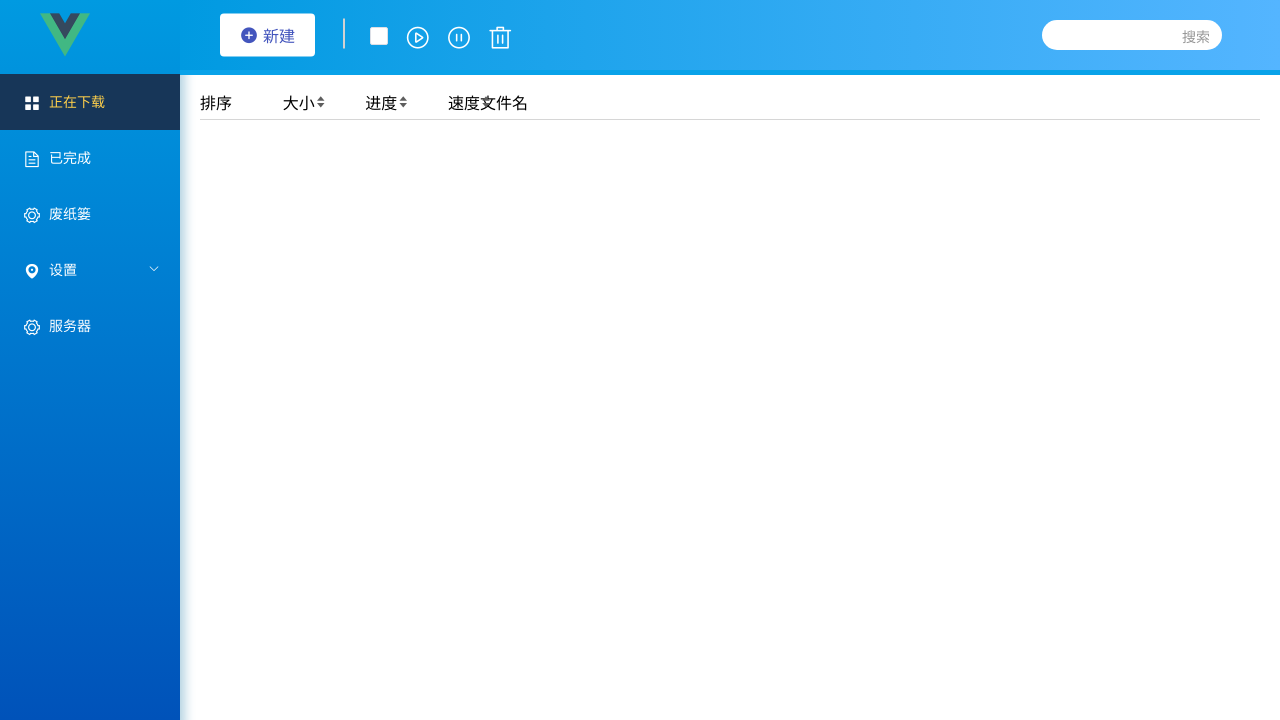
Repository: Ahui-qn/Aria2
Page: /
These files come from the project's save history. The page is drawn as it stood at one moment and after a run of saves; the edit follows.
The browser window is 1280 px wide. The pictures show the whole page.
The page's requests for data from a server got no answer. The project was rebuilt for these pictures with package versions that can differ from the ones it lists, and the page was loaded fresh each time. No one was signed in, and anything a server would have sent is missing. Also part of the build but not shown: src/components/Tables.vue.

Above is the page before, as saved 2021-11-03 11:31:12.

After the next 2 saves:
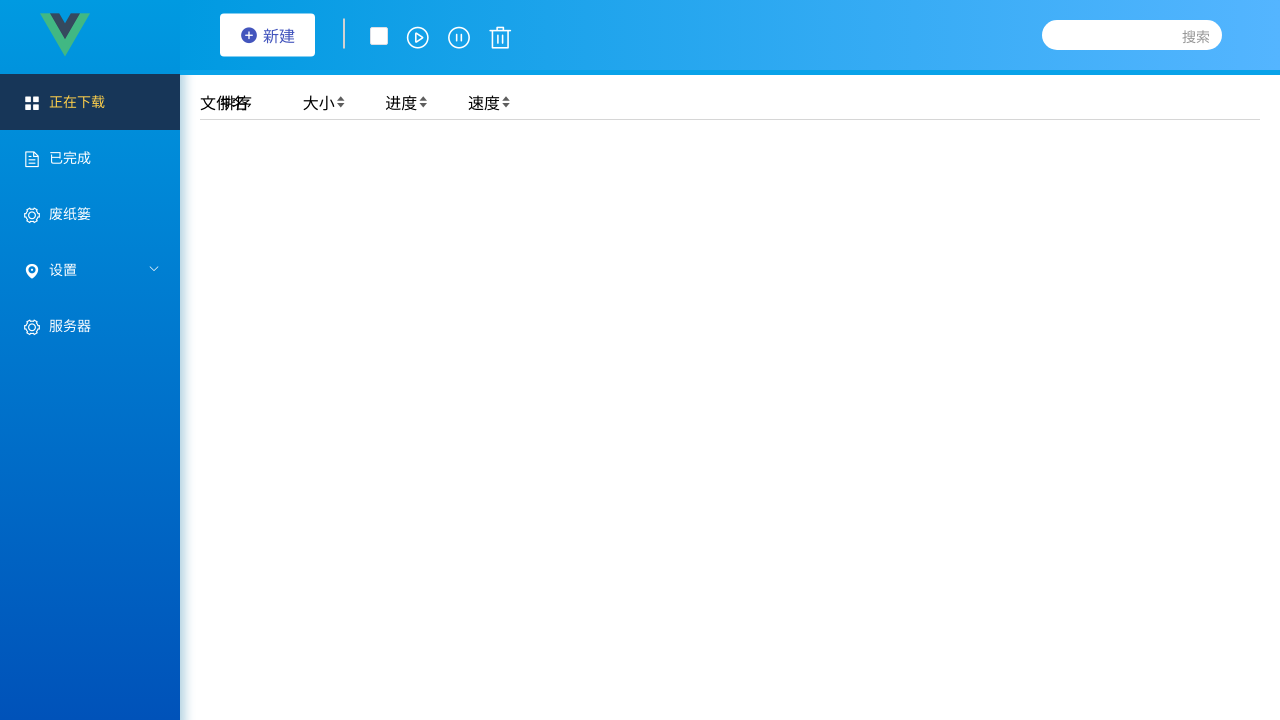
The 2 saves are shown as one change because they came seconds apart.
The last was saved 24 s later.
--- a/src/components/Header.vue
+++ b/src/components/Header.vue
@@ -6,8 +6,7 @@
         height: 30px;
         border-bottom: 1px rgba(198, 198, 198, 0.715) solid;
         div.container {
-            float: left;
-
+            position: absolute;
             top: 0;
             left: 20px;
             display: flex;
